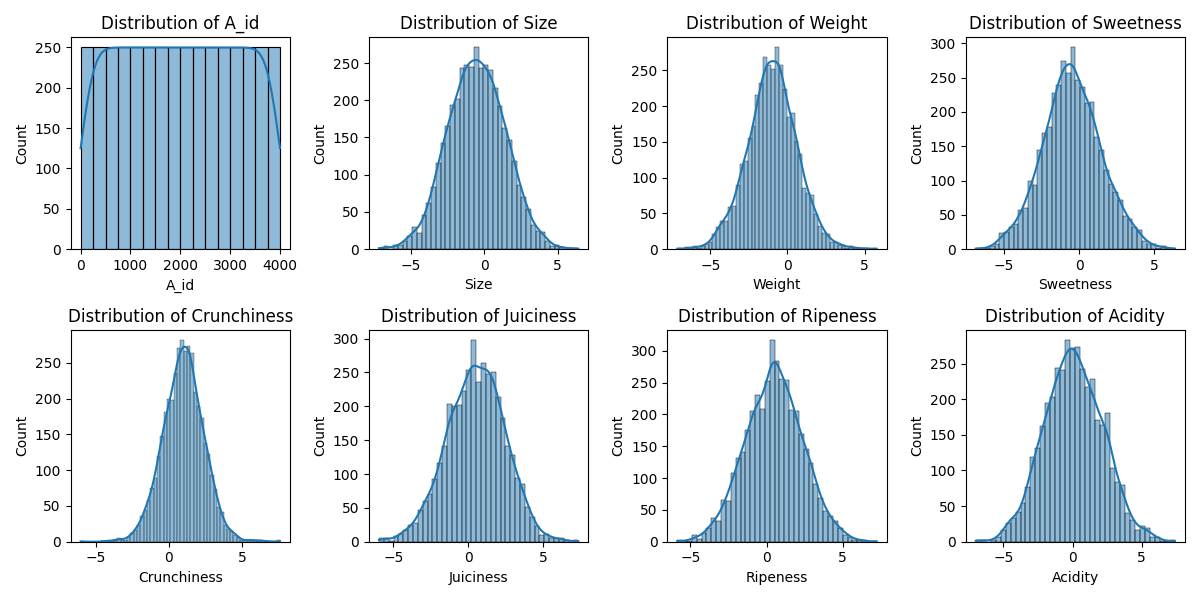
Repository: sjetti5555/GenAi
Script's output: python Training/AllDomains/appleQualitycopy1.py
These files come from the project's save history. The script's output is drawn as it stood at one moment and after the next save; the edit follows.
Random numbers start from a fixed seed.

Above is the script's output before, as saved 2024-10-26 10:45:55.

### Training/AllDomains/appleQualitycopy1.py
import pandas as pd
import matplotlib.pyplot as plt
import seaborn as sns
from sklearn.model_selection import train_test_split
from sklearn.ensemble import RandomForestRegressor
from sklearn.metrics import mean_squared_error, r2_score
import numpy as np

# Load the dataset
file_path = r'C:\Users\srira\OneDrive\Desktop\Gen_AI\Training\AllDomains\apple_quality.csv' # Update this path
data = pd.read_csv(file_path)

# Display the first few rows of the dataset
print("First few rows of the dataset:")
print(data.head())

print(data.info())

# Display basic statistics
print("\nBasic statistics:")
print(data.describe())

# Check for missing values
print("\nMissing values in each column:")
print(data.isnull().sum())

# Visualize distributions of numeric features
numeric_data = data.select_dtypes(include=['number'])
plt.figure(figsize=(12, 6))
for i, column in enumerate(numeric_data.columns):
    plt.subplot(2, (len(numeric_data.columns) + 1) // 2, i + 1)
    sns.histplot(data[column], kde=True)
    plt.title(f'Distribution of {column}')
plt.tight_layout()
plt.show()

Loaded but not shown: Training/AllDomains/apple_quality.csv (4001 lines, source omitted)

After the next save:
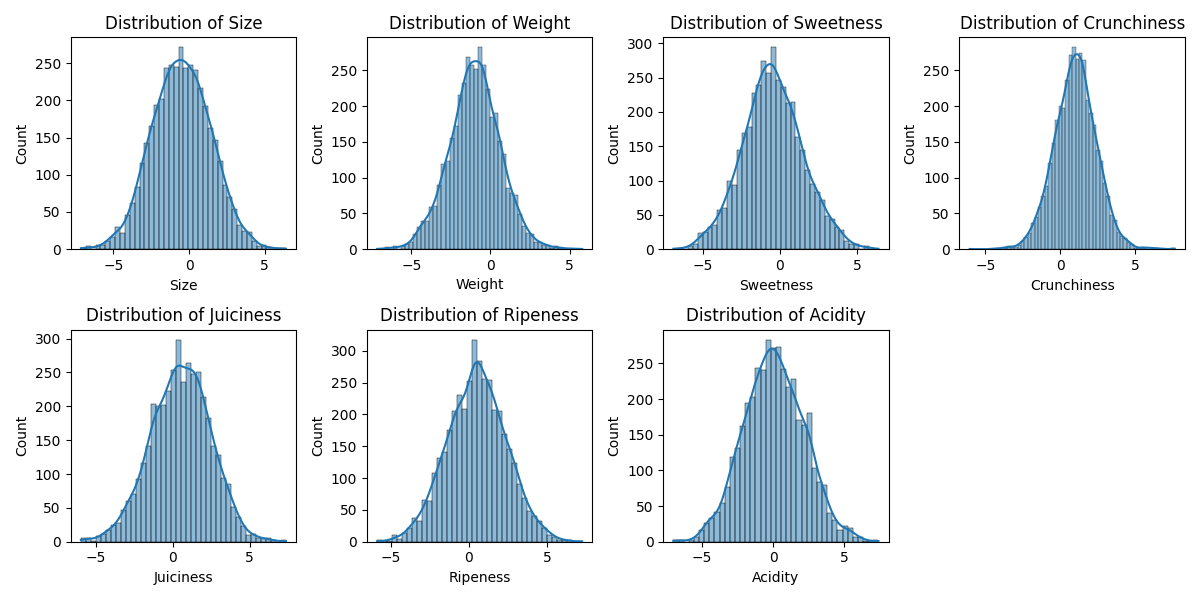
Saved 103 s later.
--- a/Training/AllDomains/appleQualitycopy1.py
+++ b/Training/AllDomains/appleQualitycopy1.py
@@ -24,12 +24,14 @@ print(data.describe())
 print("\nMissing values in each column:")
 print(data.isnull().sum())
 
-# Visualize distributions of numeric features
-numeric_data = data.select_dtypes(include=['number'])
+# Visualize distributions of specific numeric features
+features_of_interest = ['Size', 'Weight', 'Sweetness', 'Crunchiness', 'Juiciness', 'Ripeness', 'Acidity']
+numeric_data = data[features_of_interest]
+
 plt.figure(figsize=(12, 6))
 for i, column in enumerate(numeric_data.columns):
     plt.subplot(2, (len(numeric_data.columns) + 1) // 2, i + 1)
-    sns.histplot(data[column], kde=True)
+    sns.histplot(numeric_data[column], kde=True)
     plt.title(f'Distribution of {column}')
 plt.tight_layout()
 plt.show()
